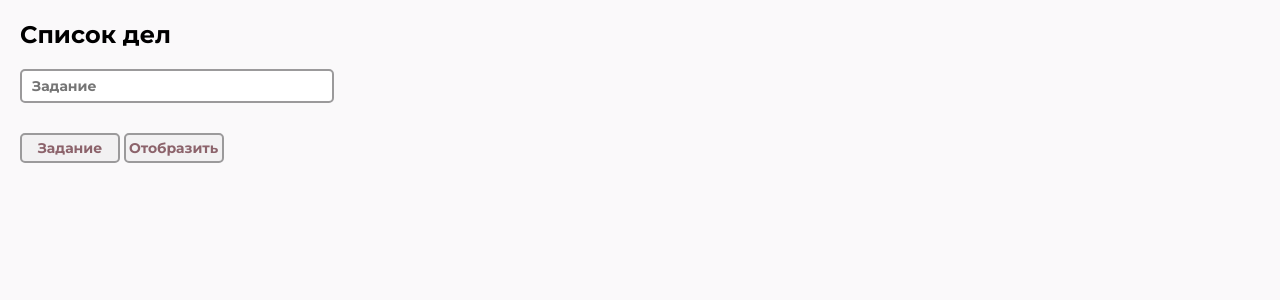
Repository: andbaik/it_unit9
Page: index.html
These files come from the project's save history. The page is drawn as it stood at one moment and after the next save; the edit follows.
The browser window is 1280 px wide. The pictures show the whole page.

Above is the page before, as saved 2021-04-06 22:10:45.

### index.html
<!DOCTYPE html>
<html lang="ru">
<head>
    <meta charset="UTF-8">
    <meta http-equiv="X-UA-Compatible" content="IE=edge">
    <meta name="viewport" content="width=device-width, initial-scale=1.0">
    <title>Список дел</title>
    <link rel="stylesheet" href="/css/style.css">
</head>
<body>

    <head>
        <h1>Список дел</h1>
    </head>
    <section>
        <input type="text" name="task" id="task" placeholder="Задание">
        <div class="btn-block">
        <button class="add-task btn">Задание</button>
        <button class="show-task btn">Отобразить</button>
        </div>
        <div class="result"></div>
    </section>
</body>
</html>

### css/style.css
@import url('https://fonts.googleapis.com/css2?family=Montserrat:wght@400;700&display=swap');

* {
    margin: 0;
    padding: 0;
    font-family: 'Montserrat', sans-serif;
    font-size: 14px;
}

body {
    margin: 20px;
    background-color: #FAF9FA;

}

h1 {
    font-size: 24px;
}

input {
    width: 300px;
    height: 30px;
    border: 2px solid #9B9A9B;
    border-radius: 5px;
    color: #6B6A6B;
    outline: none;
    padding-left: 10px;
    font-weight: 700;
    margin: 20px 0;
}

section .btn-block{
    margin: 10px 0;
}

.btn {
    width: 100px;
    height: 30px;
    background-color: #F2F1F2;
    color: #8C636B;
    border: 2px solid #9B9A9B;
    border-radius: 5px;
    font-weight: 700;

}

.show-task{
    margin
}

/*
9B999B - border
F2F1F2 - btn bacground
6B696B - plasholder color text
C2C1C2 - btn text color

848384 - div color text
C2C1C2 border color div
*/

After the next save:
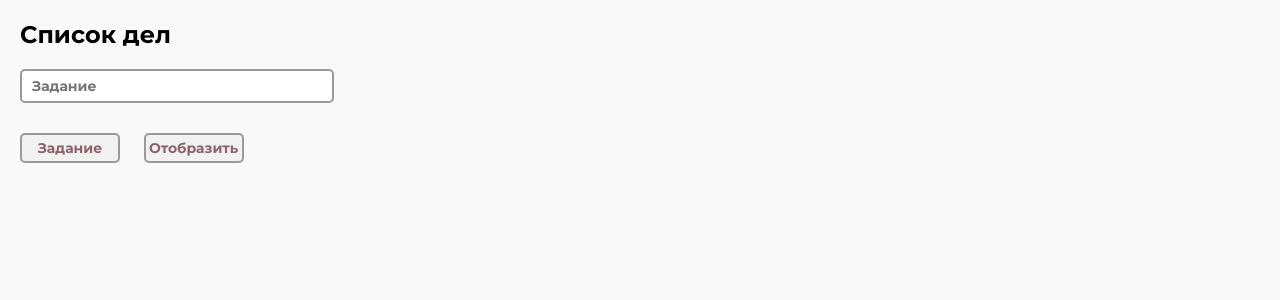
Saved 5 s later.
--- a/css/style.css
+++ b/css/style.css
@@ -45,7 +45,7 @@ section .btn-block{
 }
 
 .show-task{
-    margin
+    margin-left: 20px;
 }
 
 /*
